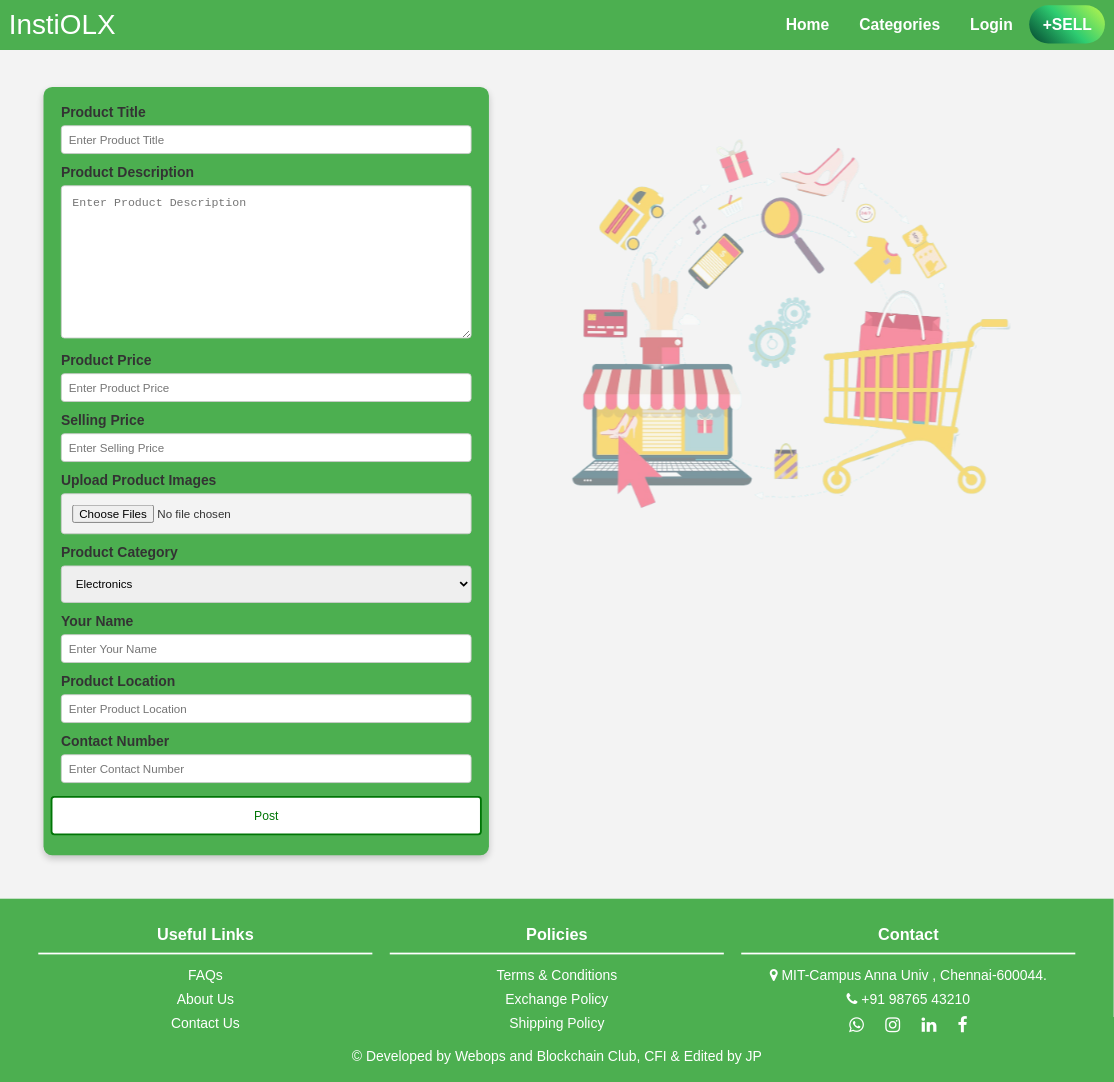
Repository: John-Prabu-A/web-dev-summer-school
Page: Session_1_Assignment/sell.html
These files come from the project's save history. The page is drawn as it stood at one moment and after the next save; the edit follows.
The browser window is 1280 px wide. The pictures show the whole page, at 87% of full size.
The pointer rests on the first visible `button`.

Above is the page before, as saved 2024-06-20 17:10:37.

After the next save:
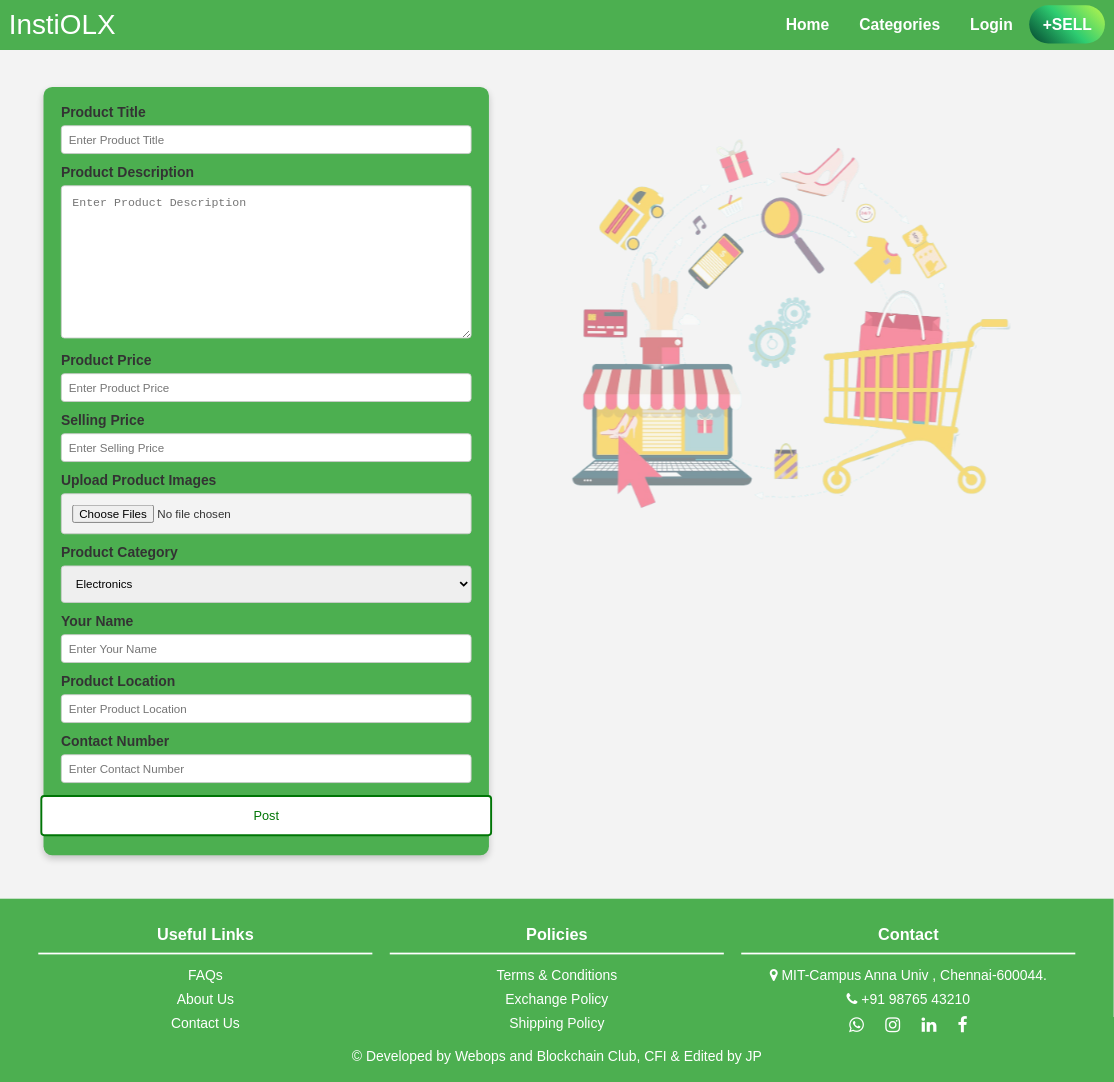
Saved 10 s later.
--- a/Session_1_Assignment/sell-page.css
+++ b/Session_1_Assignment/sell-page.css
@@ -65,7 +65,7 @@
     background-color: #fff;
     color: #007506;
     border: 2px solid #007506;
-    scale: 1.05;
+    transform: scale(1.1);
     transition: 0.3s;
 }
 

After the save that followed:
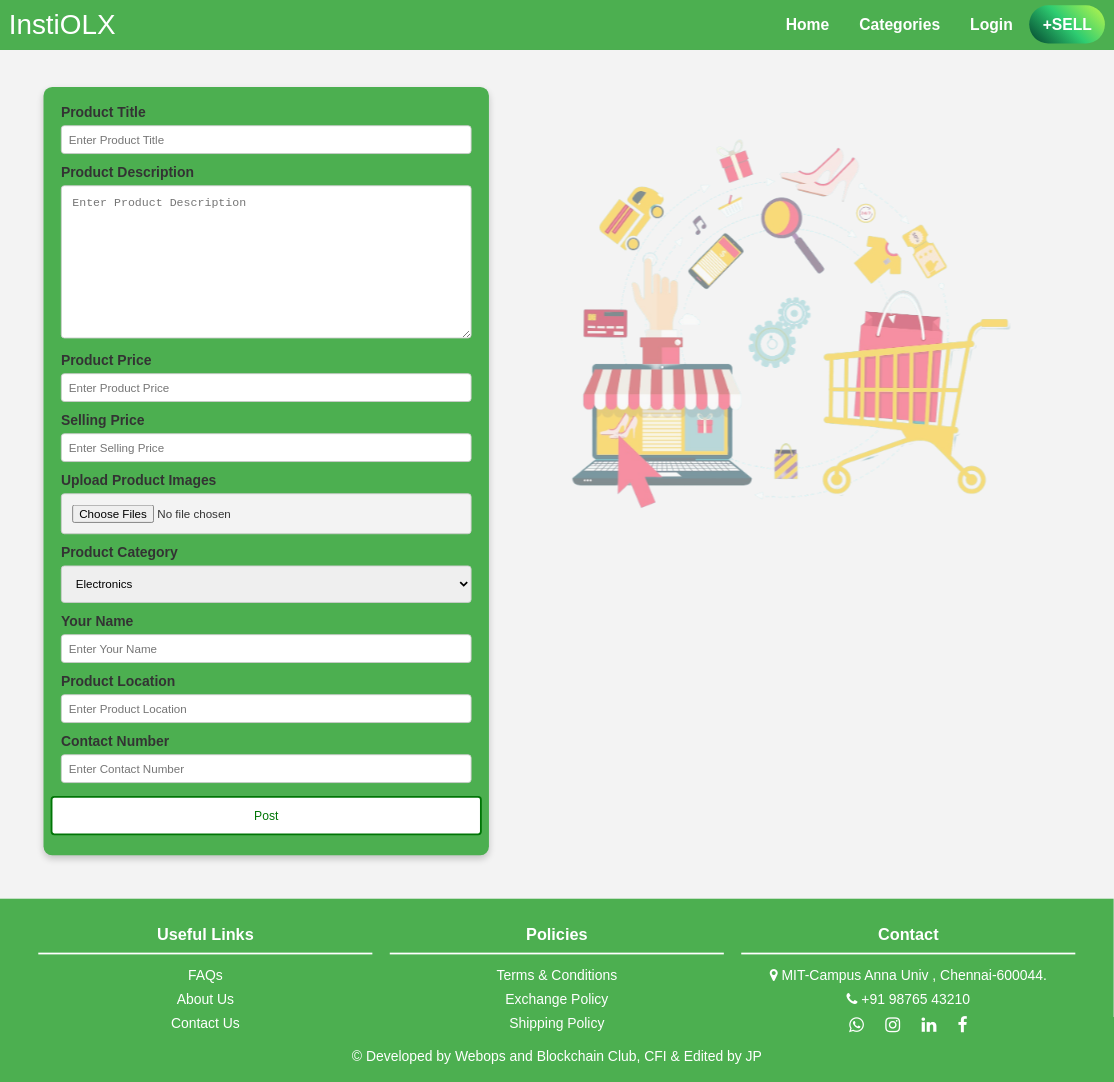
Saved 11 s later.
--- a/Session_1_Assignment/sell-page.css
+++ b/Session_1_Assignment/sell-page.css
@@ -65,7 +65,7 @@
     background-color: #fff;
     color: #007506;
     border: 2px solid #007506;
-    transform: scale(1.1);
+    transform: scale(1.05);
     transition: 0.3s;
 }
 
